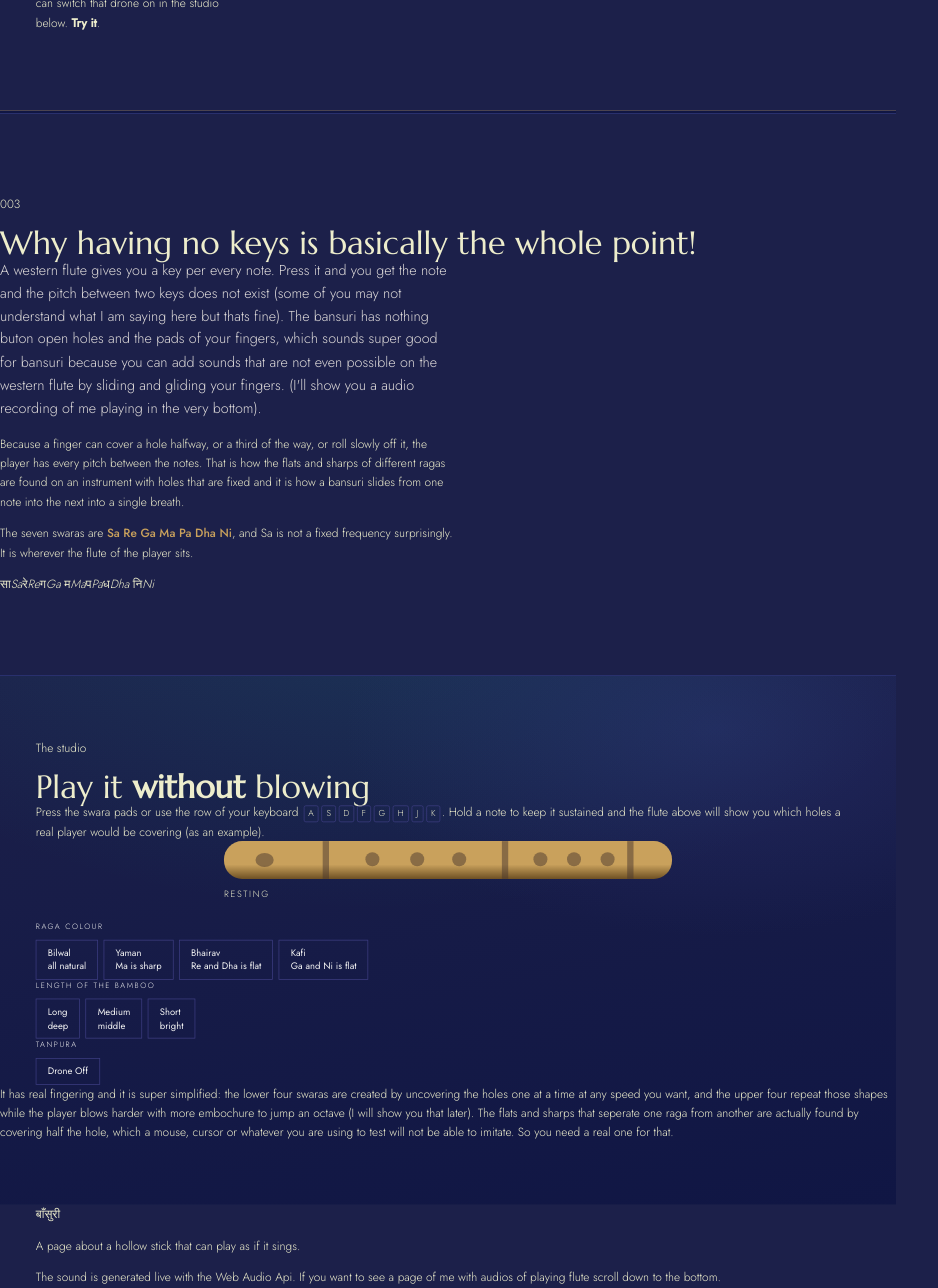
Repository: manayparikh1/Bansi
Page: index.html
These files come from the project's save history. The page is drawn as it stood at one moment and after the next save; the edit follows.
The browser window is 1280 px wide. The page is 1340 px wide, so the pictures cover 1340 px, including what lies to the right of the window. The pictures show the part of the page from y = 4081 to 5921 px (the page is 5921 px tall), at 70% of full size.

Above is the page before, as saved 2026-09-22 07:02:11.

After the next save:
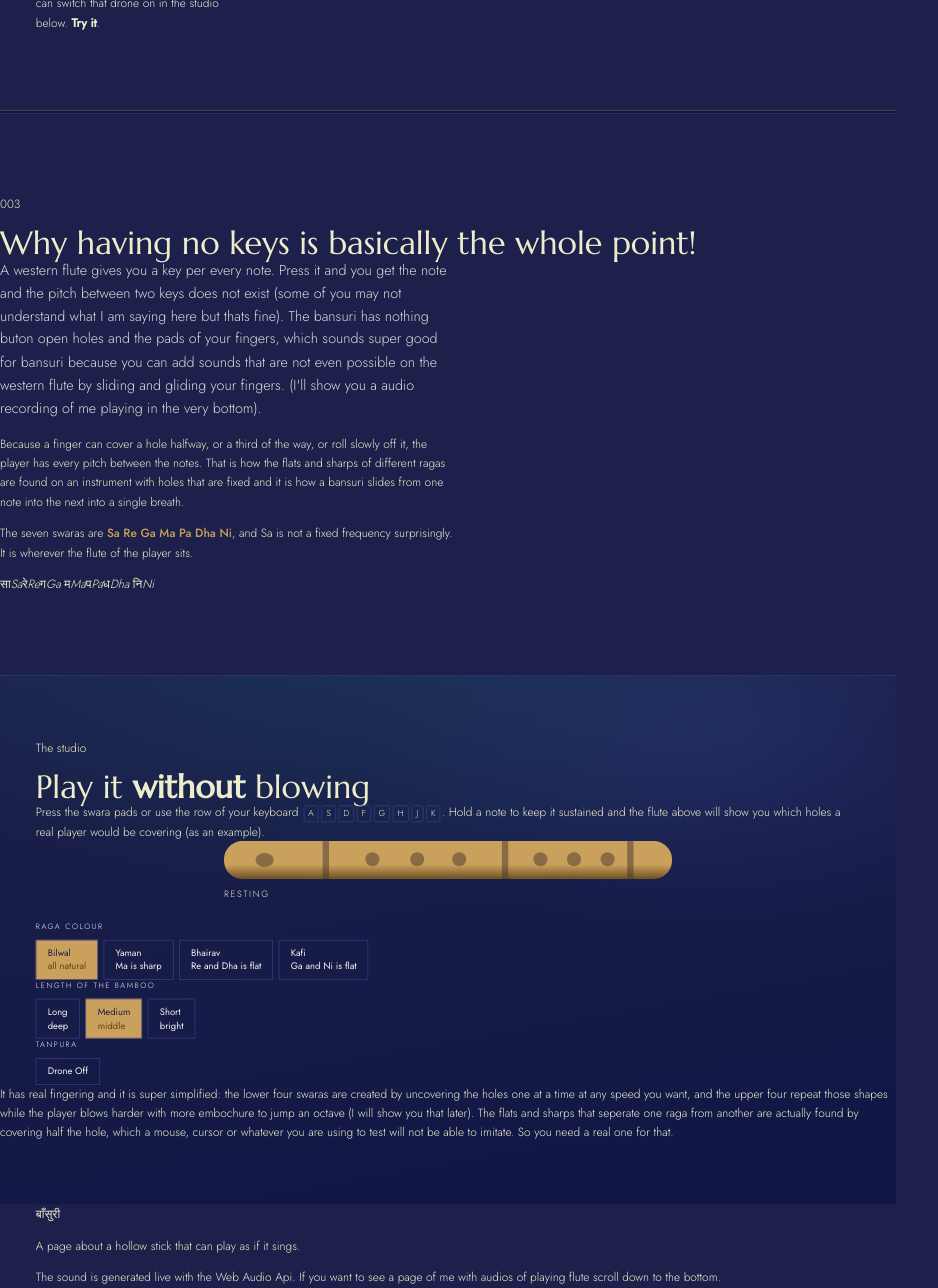
Saved 8 min 36 s later.
--- a/style.css
+++ b/style.css
@@ -551,3 +551,15 @@ kbd {
 .chip:hover {
     border-color: var(--bamboo);
 }
+
+.chip.on {
+    background: var(--bamboo);
+    background-color: var(--bamboo);
+    color: var(--night);
+}
+
+.chip.on i {
+    color: #69440e
+}
+
+/*the pads for the swaras*/
